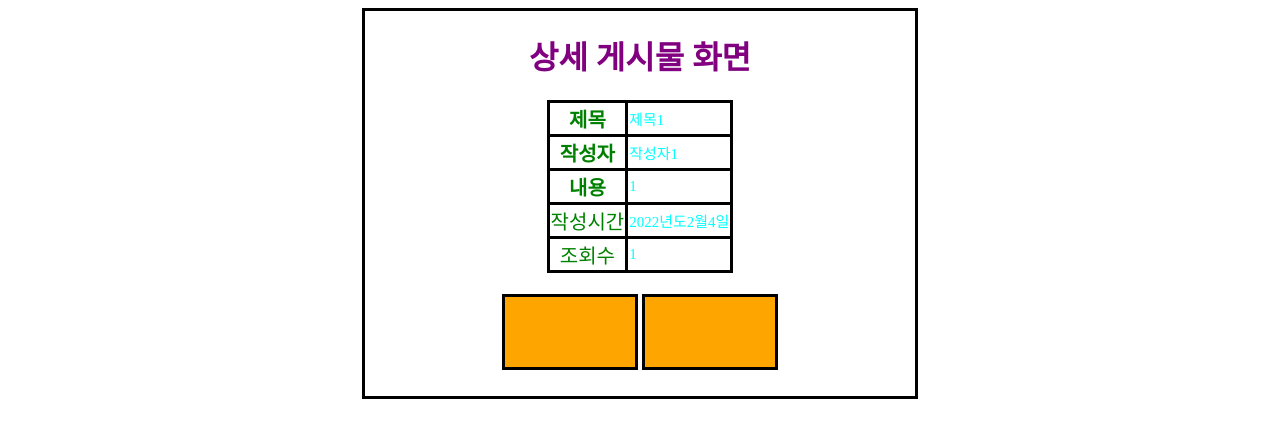
Repository: kwan9069/workspace
Page: CSS/src/main/webapp/boardcontents.html
The author's editor kept a copy of each file at every save. The page is drawn from the files as they stood at one save, then again after the next save.
The browser window is 1280 px wide. The pictures show the whole page.

Above is the page before, as saved 2022-11-25 11:14:31.

After the next save:
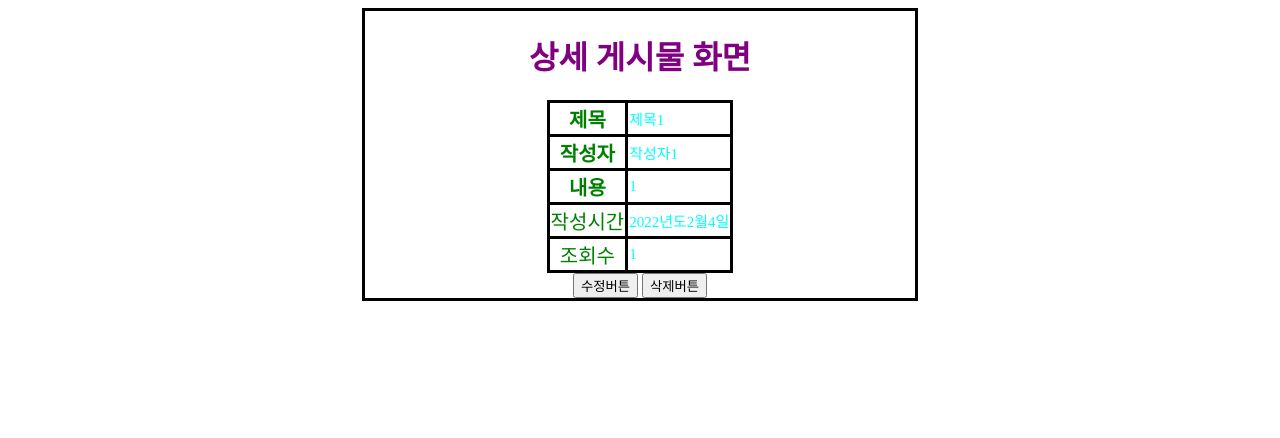
Saved 2 min 5 s later.
--- a/CSS/src/main/webapp/boardcontents.html
+++ b/CSS/src/main/webapp/boardcontents.html
@@ -50,8 +50,8 @@ background-color:orange
 <tr><td class='left'>조회수</td><td class='right'>1</td></tr>
 </table>
 <div class='fix'>
-<h1 input type='button' value='수정버튼'></h1>
-<h1 input type='button' value='삭제버튼'></h1>
+<input type='button' value='수정버튼'>
+<input type='button' value='삭제버튼'>
 </div>
 </div>
 
